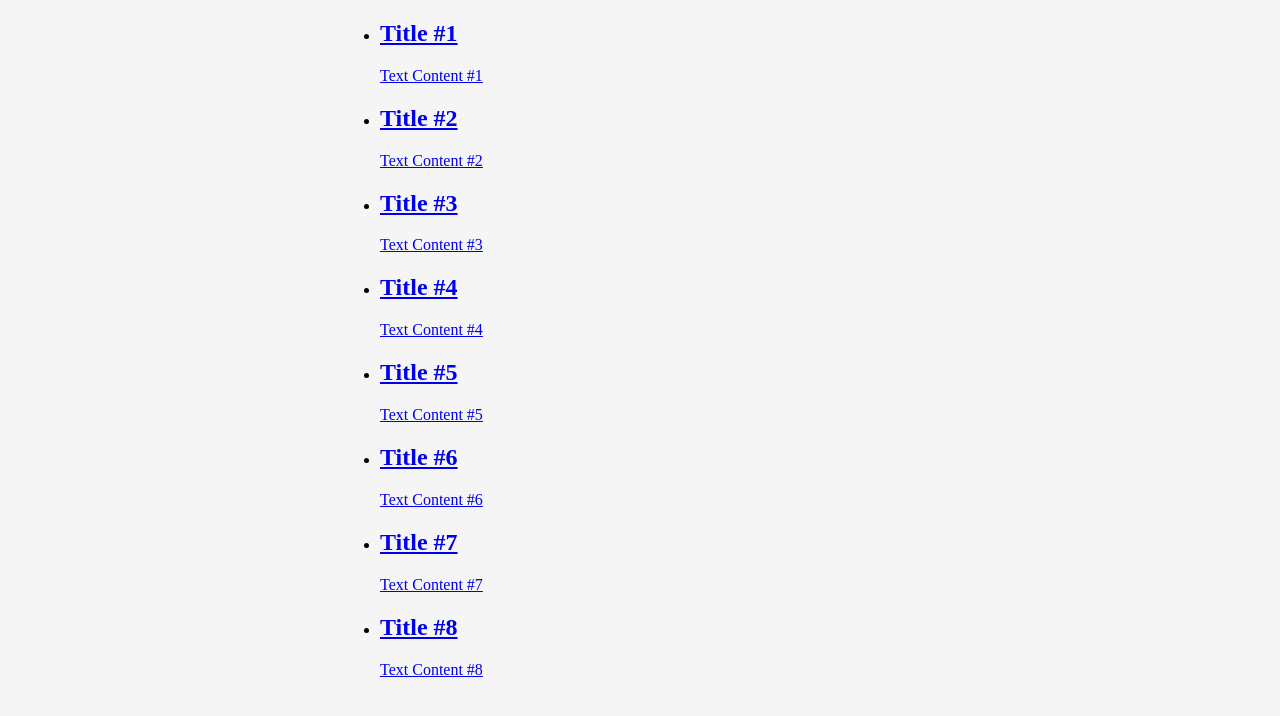
Repository: dev-singh-kanyal/Archive-git_github
Page: index.html
An editor plug-in stored every save of this project. The page is shown before and after the next save, followed by the edit.
The browser window is 1280 px wide. The pictures show the whole page.

Above is the page before, as saved 2022-06-24 15:24:56.
Console error: ReferenceError: $ is not defined

### index.html
<!DOCTYPE html>
<html lang="en">
<head>
    <meta charset="UTF-8">
    <meta http-equiv="X-UA-Compatible" content="IE=edge">
    <meta name="viewport" content="width=device-width, initial-scale=1.0">
    <link rel="stylesheet" href="/style.css">
    <script type="text/javascript" src="/script.js"></script>
    <title>Git and GitHub</title>
</head>
<body>
    <ul>
        <li>
          <a href="#" contenteditable>
            <h2>Title #1</h2>
            <p>Text Content #1</p>
          </a>
        </li>
        <li>
          <a href="#" contenteditable>
            <h2>Title #2</h2>
            <p>Text Content #2</p>
          </a>
        </li>
        <li>
          <a href="#" contenteditable>
            <h2>Title #3</h2>
            <p>Text Content #3</p>
          </a>
        </li>
        <li>
          <a href="#" contenteditable>
            <h2>Title #4</h2>
            <p>Text Content #4</p>
          </a>
        </li>
        <li>
          <a href="#" contenteditable>
            <h2>Title #5</h2>
            <p>Text Content #5</p>
          </a>
        </li>
        <li>
          <a href="#" contenteditable>
            <h2>Title #6</h2>
            <p>Text Content #6</p>
          </a>
        </li>
        <li>
          <a href="#" contenteditable>
            <h2>Title #7</h2>
            <p>Text Content #7</p>
          </a>
        </li>
        <li>
          <a href="#" contenteditable>
            <h2>Title #8</h2>
            <p>Text Content #8</p>
          </a>
        </li>
      </ul>
</body>
</html>

### style.css
body {
    background-color: #f5f5f5;
    width: 600px;
    margin: 0 auto;
    padding: 0;
  }

  .list {
    color: #555;
    font-size: 22px;
    padding: 0 !important;
    width: 500px;
    font-family: courier, monospace;
    border: 1px solid #dedede;
  }

  .list li {
    list-style: none;
    border-bottom: 1px dotted #ccc;
    text-indent: 25px;
    height: auto;
    padding: 10px;
    text-transform: capitalize;
  }

  .list li:hover {
    background-color: #f0f0f0;
    -webkit-transition: all 0.2s;
    -moz-transition:    all 0.2s;
    -ms-transition:     all 0.2s;
    -o-transition:      all 0.2s;
  }

### script.js
$(document).ready(function () {
    all_notes = $("li a");

    all_notes.on("keyup", function () {
      note_title = $(this).find("h2").text();
      note_content = $(this).find("p").text();

      item_key = "list_" + $(this).parent().index();

      data = {
        title: note_title,
        content: note_content
      };

      window.localStorage.setItem(item_key, JSON.stringify(data));
    });

    all_notes.each(function (index) {
      data = JSON.parse(window.localStorage.getItem("list_" + index));

      if (data !== null) {
        note_title = data.title;
        note_content = data.content;

        $(this).find("h2").text(note_title);
        $(this).find("p").text(note_content);
      }
    });
  });

After the next save:
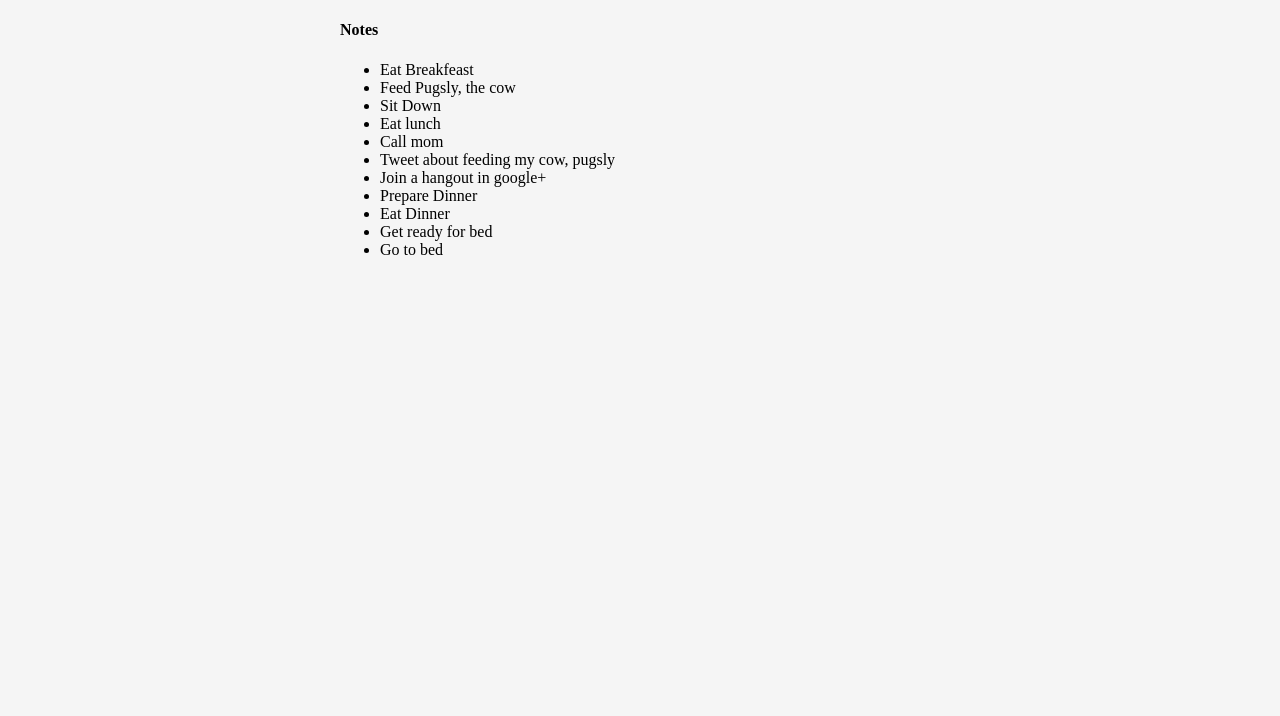
The error is gone.
Saved 24 s later.
--- a/index.html
+++ b/index.html
@@ -1,63 +1,28 @@
-<!DOCTYPE html>
-<html lang="en">
+<!DOCTYPE HTML>
+<html>
+
 <head>
-    <meta charset="UTF-8">
-    <meta http-equiv="X-UA-Compatible" content="IE=edge">
-    <meta name="viewport" content="width=device-width, initial-scale=1.0">
-    <link rel="stylesheet" href="/style.css">
-    <script type="text/javascript" src="/script.js"></script>
-    <title>Git and GitHub</title>
+   <meta charset="UTF-8">
+   <title>CSS Theme: Notepad</title>
+   <link rel="stylesheet" href="style.css">
 </head>
+
 <body>
-    <ul>
-        <li>
-          <a href="#" contenteditable>
-            <h2>Title #1</h2>
-            <p>Text Content #1</p>
-          </a>
-        </li>
-        <li>
-          <a href="#" contenteditable>
-            <h2>Title #2</h2>
-            <p>Text Content #2</p>
-          </a>
-        </li>
-        <li>
-          <a href="#" contenteditable>
-            <h2>Title #3</h2>
-            <p>Text Content #3</p>
-          </a>
-        </li>
-        <li>
-          <a href="#" contenteditable>
-            <h2>Title #4</h2>
-            <p>Text Content #4</p>
-          </a>
-        </li>
-        <li>
-          <a href="#" contenteditable>
-            <h2>Title #5</h2>
-            <p>Text Content #5</p>
-          </a>
-        </li>
-        <li>
-          <a href="#" contenteditable>
-            <h2>Title #6</h2>
-            <p>Text Content #6</p>
-          </a>
-        </li>
-        <li>
-          <a href="#" contenteditable>
-            <h2>Title #7</h2>
-            <p>Text Content #7</p>
-          </a>
-        </li>
-        <li>
-          <a href="#" contenteditable>
-            <h2>Title #8</h2>
-            <p>Text Content #8</p>
-          </a>
-        </li>
-      </ul>
+
+  <h4>Notes</h4>
+
+  <ul id="List">
+    <li>Eat Breakfeast</li>
+    <li>Feed Pugsly, the cow</li>
+    <li>Sit Down</li>
+    <li>Eat lunch</li>
+    <li>Call mom</li>
+    <li>Tweet about feeding my cow, pugsly</li>
+    <li>Join a hangout in google+</li>
+    <li>Prepare Dinner</li>
+    <li>Eat Dinner</li>
+    <li>Get ready for bed</li>
+    <li>Go to bed</li>
+  </ul>
+
 </body>
-</html>
